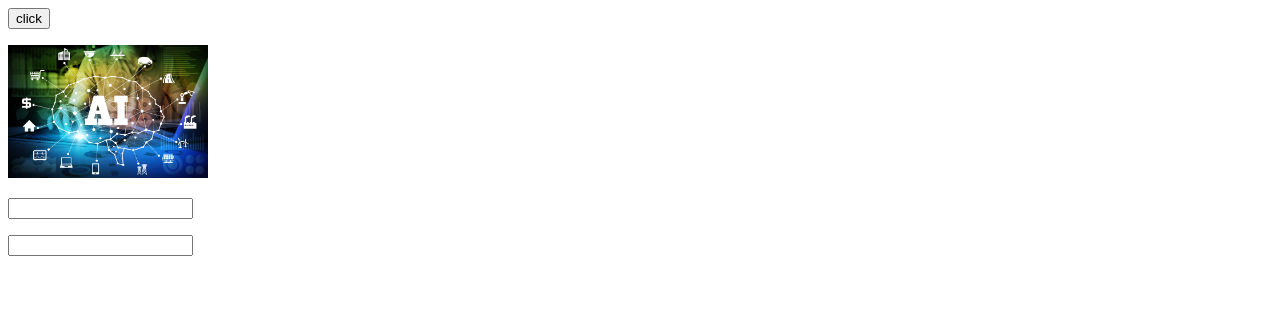
Repository: Billy-Jin/jsp
Page: http://localhost/gesipan/js2.jsp
These files come from the project's save history. The page is drawn as it stood at one moment and after the next save; the edit follows.
The browser window is 1280 px wide. The pictures show the whole page.
The page is served by Tomcat 9.

Above is the page before, as saved 2020-12-01 08:22:14.

After the next save:
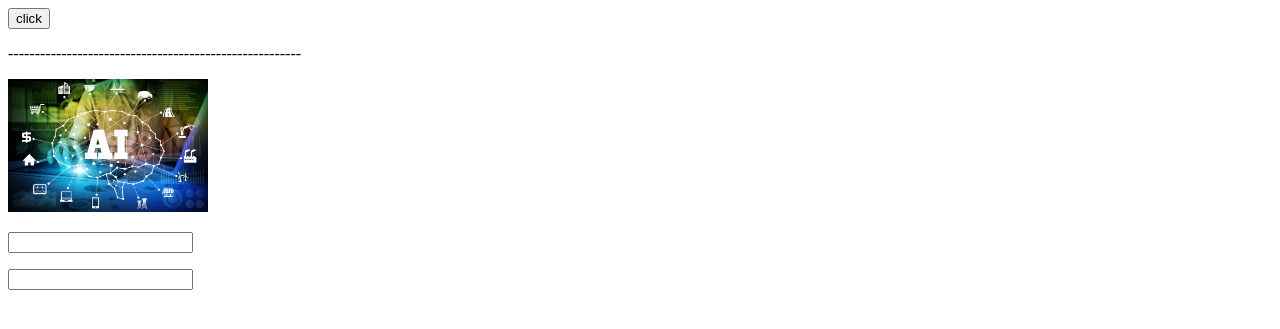
Saved 71 s later.
--- a/jsp/gesipan/WebContent/js2.jsp
+++ b/jsp/gesipan/WebContent/js2.jsp
@@ -10,12 +10,14 @@
 	{
 		document.getElementById("aa").src="2.jpg";
 		document.getElementById("bb").type="password"
+		document.getElementById("cc").type="checkbox"
 	}
 </script>
 </head>
 <body>
 	<input type="button" onclick="execute()" value="click"><p>
-	<img alt="" src="1.jpg" width="200" id="aa"><p>
+	-------------------------------------------------------<p>
+	<img src="1.jpg" width="200" id="aa"><p>
 	<input type="text" id="bb"> <p>
 	<input type="text" id="cc"> <p>
 </body>
